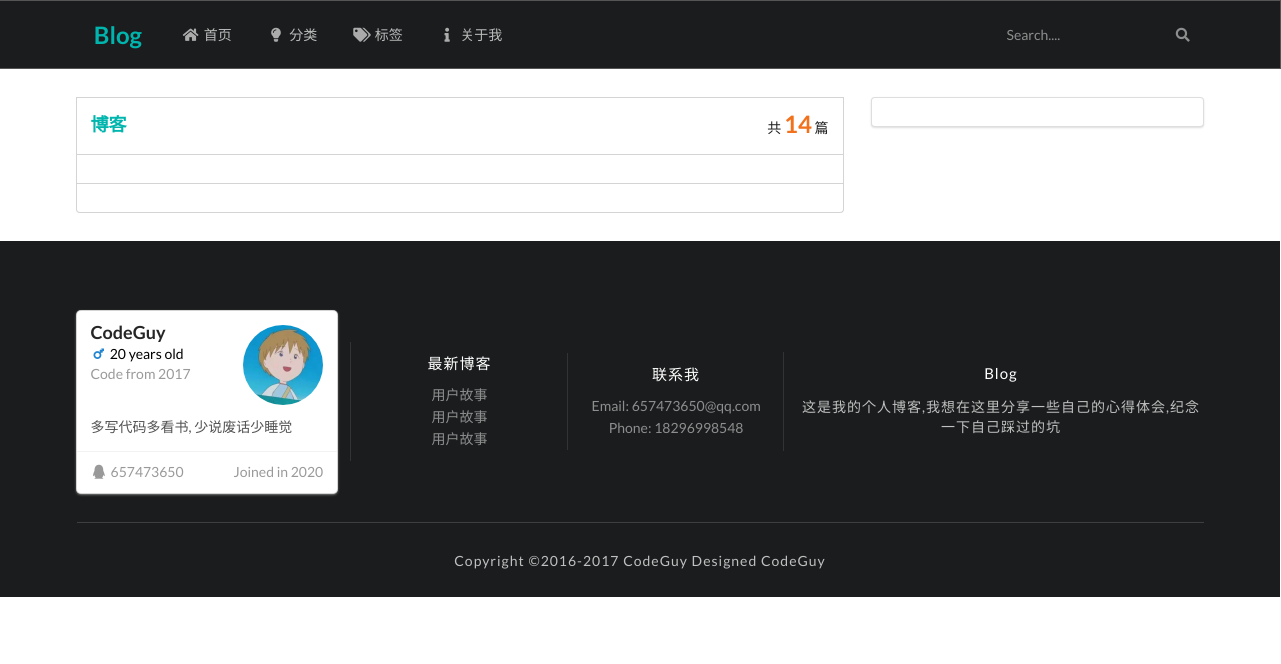
Repository: GOGOHQ/myblog
Page: index.html
An editor plug-in stored every save of this project. The page is shown before and after the next save, followed by the edit.
The browser window is 1280 px wide. The page is 1281 px wide, so the pictures cover 1281 px, including what lies to the right of the window. The pictures show the whole page.
Some web libraries are served in a nearby version.

Above is the page before, as saved 2020-01-16 19:09:21.

### index.html
<!DOCTYPE html>
<html lang="en">

<head>
    <meta charset="UTF-8">
    <meta name="viewport" content="width=device-width, inital-scale=1.0">
    <title>首页</title>
    <link rel="stylesheet" href="static/css/me.css">
    <link rel="stylesheet" href="https://cdn.jsdelivr.net/semantic-ui/2.2.4/semantic.min.css">
    <script src="https://cdn.jsdelivr.net/npm/jquery@3.2/dist/jqurey.min.js"></script>
    <script src="https://cdn.jsdelivr.net/semantic-ui/2.2.4/semantic.min.js"></script>
</head>

<body>
<!-- 导航 -->
<nav class="ui inverted  attached  segment m-padded-tb-mini">
    <div class="ui container">
        <div class="ui secondary inverted menu">
            <h2 class="ui teal header item">Blog</h2>
            <a href="#" class="item"><i class="home icon"></i>首页</a>
            <a href="#" class="item"><i class="idea icon"></i>分类</a>
            <a href="#" class="item"><i class="tags icon"></i>标签</a>
            <a href="#" class="item"><i class="info icon"></i>关于我</a>
            <div class="right item">
                <div class="ui icon  inverted transparent input">
                    <input type="text" placeholder="Search....">
                    <i class="search link icon"></i>
                </div>
            </div>
        </div>
    </div>
</nav>
<!-- 内容 -->
<div class="m-padded-tb-large">
    <div class="ui container">
        <div class="ui grid">
            <div class="eleven wide column">
                <div class="ui segment attached">
                    <div class="ui middle aligned two column grid">
                        <div class="column">
                            <h3 class="ui teal header">博客</h3>
                        </div>
                        <div class="right aligned column">
                            共
                            <h2 class="ui orange header m-inline-block">14</h2>&nbsp;篇
                        </div>
                    </div>
                </div>
                <!-- content -->
                <div class="ui segment attached">

                </div>
                <div class="ui segment bottom attached"></div>
            </div>
            <div class="five wide column">
                <div class="ui segment"></div>
            </div>
        </div>
    </div>
</div>
<!-- 底部 -->
<footer class="ui inverted vertical segment m-padded-tb-massive">
    <div class="ui center aligned container" style="height:230px">
        <div class="ui center aligned inverted divided grid fluid">
            <div class="four wide column left aligned">
                <div class="ui card">
                    <div class="content">
                        <img class="right circular floated tiny ui image" src="static/images/avatar.jpg">
                        <div class="header">
                            CodeGuy
                        </div>
                        <div class="meta">
                            <i class="icon blue mars stroke" style="margin:0px"></i>
                            <text style="color:black;">20 years old</text>
                        </div>
                        <div class="meta">
                            Code from 2017
                        </div>
                        <div class="description">
                            多写代码多看书, 少说废话少睡觉
                        </div>
                    </div>
                    <div class="extra content">
                        <a>
                            <i class="qq icon"></i>657473650
                        </a>
                        <span class="right floated">
                                    Joined in 2020
                                  </span>
                    </div>
                </div>
            </div>
            <div class="center middle aligned three wide column">
                <h4 class="ui inverted header m-text-thin m-text-spaced">最新博客</h4>
                <div class="ui inverted link list">
                    <a href="#" class="item">用户故事</a>
                    <a href="#" class="item">用户故事</a>
                    <a href="#" class="item">用户故事</a>
                </div>
            </div>
            <div class="center aligned three wide column middle aligned">
                <h4 class="ui inverted header m-text-thin m-text-spaced">联系我</h4>
                <div class="ui inverted link list">
                    <a href="#" class="item">Email: 657473650@qq.com</a>
                    <a href="#" class="item">Phone: 18296998548</a>

                </div>
            </div>
            <div class="six wide middle aligned column ">
                <h4 class="ui inverted header m-text-thin m-text-spaced">Blog</h4>
                <p class="m-text-thin m-text-spaced m-text-mini-opacity">这是我的个人博客,我想在这里分享一些自己的心得体会,纪念一下自己踩过的坑</p>
            </div>
        </div>
        <div class="ui inverted section divider"></div>
        <p class="m-text-thin m-text-spaced m-text-mini-opacity">Copyright ©2016-2017 CodeGuy Designed CodeGuy</p>
    </div>
</footer>
</body>


</html>

### static/css/me.css
.m-padded-tb-mini {
    padding-top: 0.2em !important;
    padding-bottom: 0.2em !important;
}

.m-padded-top-middle {
    padding-top: 40px !important
}

.m-padded-tb-massive {
    padding-top: 5em !important;
    padding-bottom: 5em !important;
}

.m-padded-tb-large {
    padding-top: 2em !important;
    padding-bottom: 2em !important;
}

.m-padded-tb-big {
    padding-top: 3em !important;
    padding-bottom: 3em !important;
}

.m-padded-tb-tiny {
    padding-top: 0.3em !important;
    padding-bottom: 0.3em !important;
}

.m-padded-tb-huge {
    padding-top: 4em !important;
    padding-bottom: 4em !important;
}

.m-padded-tb {
    padding-top: 1em !important;
    padding-bottom: 1em !important;
}

.m-padded-tb-small {
    padding-top: 0.5em !important;
    padding-bottom: 0.5em !important;
}


/* text */

.m-text-thin {
    font-weight: 400 !important
}

.m-text-spaced {
    letter-spacing: 1px !important
}

.m-text-lined {
    line-height: 1.8 !important
}

.m-text-mini-opacity {
    opacity: 0.8 !important
}


/* display */

.m-inline-block {
    display: inline-block !important;
}

After the next save:
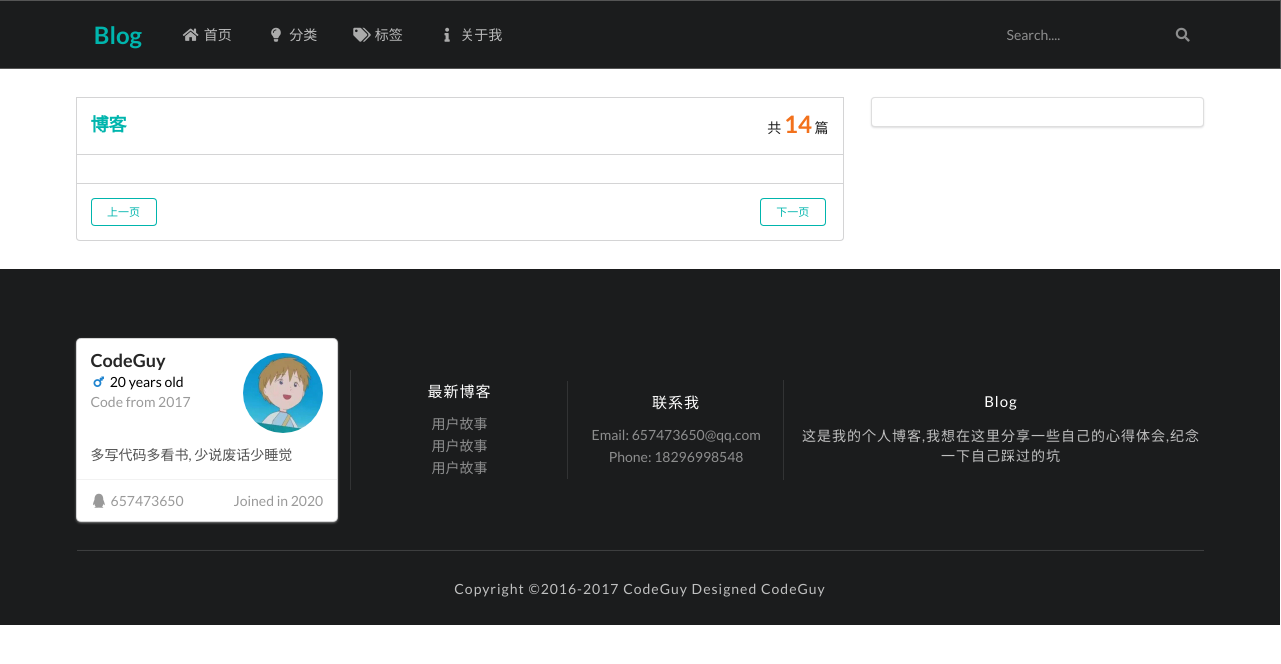
Saved 93 s later.
--- a/index.html
+++ b/index.html
@@ -50,7 +50,16 @@
                 <div class="ui segment attached">
 
                 </div>
-                <div class="ui segment bottom attached"></div>
+                <div class="ui segment bottom attached">
+                    <div class="ui middle aligned two column grid">
+                        <div class="column">
+                            <a href="#" class="ui mini teal basic button">上一页</a href="#">
+                        </div>
+                        <div class="right aligned column">
+                            <a href="#" class="ui mini teal basic button">下一页</a href="#">
+                        </div>
+                    </div>
+                </div>
             </div>
             <div class="five wide column">
                 <div class="ui segment"></div>
